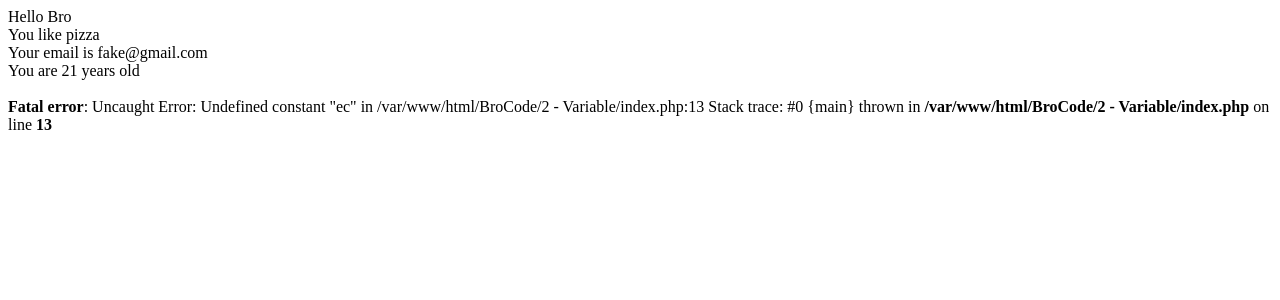
Repository: PannDev/BelajarPHP
Page: http://localhost/BroCode/2 - Variable/index.php
These files come from the project's save history. The page is drawn as it stood at one moment and after the next save; the edit follows.
The browser window is 1280 px wide. The pictures show the whole page.
The page is run by PHP 8.4 with error messages shown; the project is at /var/www/html/.

Above is the page before, as saved 2026-10-10 17:01:13.

### BroCode/2 - Variable/index.php
<?php

    $name = "Bro";
    $food = "pizza";
    $email = "fake@gmail.com";
    $age = 21;
    $users = 2;

    echo "Hello {$name} <br>";
    echo "You like {$food} <br>";
    echo "Your email is {$email} <br>";
    echo "You are {$age} years old <br>";
    ec

?>

After the next save:
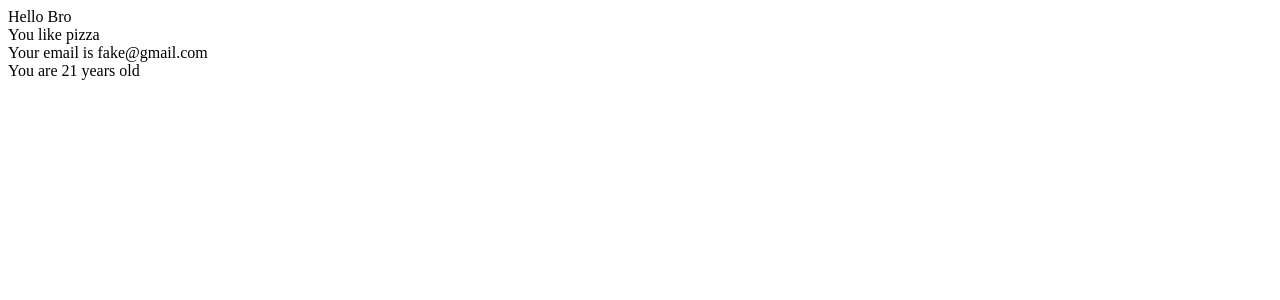
Saved 4 s later.
--- a/BroCode/2 - Variable/index.php
+++ b/BroCode/2 - Variable/index.php
@@ -10,6 +10,6 @@
     echo "You like {$food} <br>";
     echo "Your email is {$email} <br>";
     echo "You are {$age} years old <br>";
-    ec
+    echo ""
 
 ?>
